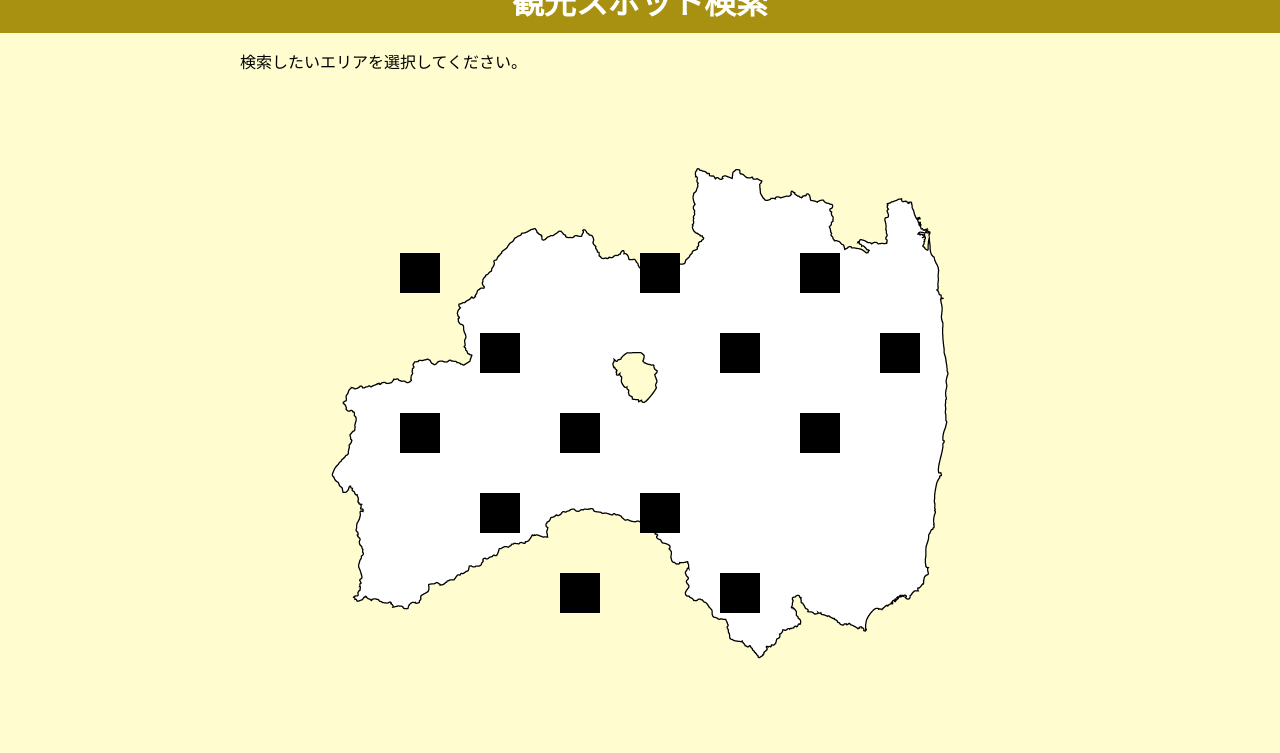
Repository: ryoutana/tanaryou.github.io
Page: Downloads/project/index.html
The author's editor kept a copy of each file at every save. The page is drawn from the files as they stood at one save, then again after the next save.
The browser window is 1280 px wide. The pictures show the whole page.

Above is the page before, as saved 2025-04-29 15:03:18.

### Downloads/project/index.html
<!DOCTYPE html>
<html lang="ja">
<head>
    <meta charset="UTF-8">
    <meta name="viewport" content="width=device-width, initial-scale=1.0">
    <title>観光スポット検索</title>
    <link rel="stylesheet" href="styles.css">
</head>
<body>
    <header>
        <h1 id="pageTitle">観光スポット検索</h1>
    </header>
    <main>
        <section id="intro">
            <p id="introText">検索したいエリアを選択してください。</p>
            <div id="mapContainer">
                <img id="introImage" src="福島県白地図.png" alt="福島県の地図">
                <svg id="spotContainer" xmlns="http://www.w3.org/2000/svg" viewBox="0 0 800 600">
                    <!-- 会津坂下町 -->
                    <path id="aizubange" d="M100,100 L150,100 L150,150 L100,150 Z" />
                    <!-- 会津若松市 -->
                    <path id="aizuwakamatsu" d="M200,200 L250,200 L250,250 L200,250 Z" />
                    <!-- 会津美里町 -->
                    <path id="aizumisato" d="M300,300 L350,300 L350,350 L300,350 Z" />
                    <!-- 喜多方市 -->
                    <path id="kitakata" d="M400,400 L450,400 L450,450 L400,450 Z" />
                    <!-- 金山町 -->
                    <path id="kaneyama" d="M500,500 L550,500 L550,550 L500,550 Z" />
                    <!-- 三島町 -->
                    <path id="mishima" d="M600,100 L650,100 L650,150 L600,150 Z" />
                    <!-- 昭和村 -->
                    <path id="showa" d="M700,200 L750,200 L750,250 L700,250 Z" />
                    <!-- 西会津町 -->
                    <path id="nishiaizu" d="M100,300 L150,300 L150,350 L100,350 Z" />
                    <!-- 猪苗代町 -->
                    <path id="inawashiro" d="M200,400 L250,400 L250,450 L200,450 Z" />
                    <!-- 湯川村 -->
                    <path id="yugawa" d="M300,500 L350,500 L350,550 L300,550 Z" />
                    <!-- 磐梯町 -->
                    <path id="bandai" d="M400,100 L450,100 L450,150 L400,150 Z" />
                    <!-- 北塩原村 -->
                    <path id="kitashiobara" d="M500,200 L550,200 L550,250 L500,250 Z" />
                    <!-- 柳津町 -->
                    <path id="yanaizu" d="M600,300 L650,300 L650,350 L600,350 Z" />
                </svg>
            </div>
        </section>
    </main>
    <script src="script.js"></script>
</body>
</html>

### Downloads/project/styles.css
/* styles.css */

/* 全体のリセット */
body, html {
    margin: 0;
    padding: 0;
    width: 100%;
    height: 100%;
    box-sizing: border-box;
    background-color: #fffdd0; /* 背景色をクリーム色に設定 */
    display: flex;
    flex-direction: column;
    align-items: center;
    justify-content: center;
    font-family: Arial, sans-serif;
}

/* ヘッダーのスタイル */
header {
    text-align: center;
    background-color: #a89110;
    padding: 10px 0;
    width: 100%;
}

#pageTitle {
    font-size: 2em;
    margin: 0;
    color: #fff;
}

/* 地図全体のコンテナ */
#mapContainer {
    position: relative;
    width: 80%; /* 地図の幅を画面幅に応じて調整 */
    max-width: 800px;
    margin: 20px auto;
    overflow: hidden;
    text-align: center;
}

#introImage {
    width: 100%; /* 地図画像を親要素にフィットさせる */
    height: auto;
    display: block;
    margin: 0 auto;
    z-index: 1;
}

/* スポット画像のコンテナ */
#spotContainer {
    position: absolute;
    top: 0;
    left: 0;
    width: 100%;
    height: 100%;
    z-index: 2;
}

/* スポット画像のスタイル */
.spot-image {
    position: absolute;
    transform: translate(-50%, -50%); /* 中心基準で配置 */
    cursor: pointer;
    transition: filter 0.3s ease;
    filter: brightness(0.8) saturate(0); /* デフォルトで薄い灰色 */
}

.spot-image:hover {
    filter: brightness(1.2) hue-rotate(90deg); /* カーソルが乗ると黄緑 */
}

.spot-image.active {
    filter: brightness(1) hue-rotate(120deg) saturate(2); /* クリックでしっかり緑 */
}

### Downloads/project/script.js
// script.js

// スポットデータ（IDと名前の対応）
const spots = [
    { id: 'aizubange', name: '会津坂下町' },
    { id: 'aizuwakamatsu', name: '会津若松市' },
    { id: 'aizumisato', name: '会津美里町' },
    { id: 'kitakata', name: '喜多方市' },
    { id: 'kaneyama', name: '金山町' },
    { id: 'mishima', name: '三島町' },
    { id: 'showa', name: '昭和村' },
    { id: 'nishiaizu', name: '西会津町' },
    { id: 'inawashiro', name: '猪苗代町' },
    { id: 'yugawa', name: '湯川村' },
    { id: 'bandai', name: '磐梯町' },
    { id: 'kitashiobara', name: '北塩原村' },
    { id: 'yanaizu', name: '柳津町' }
];

// スポットを動的に生成
function generateSpots() {
    spots.forEach(spot => {
        const path = document.getElementById(spot.id);

        if (!path) {
            console.error(`Error: ID "${spot.id}" に対応する要素が見つかりません。`);
            return;
        }

        // カーソルが乗ったときの色変更
        path.addEventListener('mouseover', () => {
            if (!path.classList.contains('active')) {
                path.setAttribute('fill', 'rgba(144, 238, 144, 0.5)'); // 黄緑
            }
        });

        // カーソルが外れたときの色変更
        path.addEventListener('mouseout', () => {
            if (!path.classList.contains('active')) {
                path.setAttribute('fill', 'rgba(200, 200, 200, 0.5)'); // 元の薄い灰色に戻す
            }
        });

        // クリックイベント
        path.addEventListener('click', () => {
            if (path.classList.contains('active')) {
                path.classList.remove('active');
                path.setAttribute('fill', 'rgba(200, 200, 200, 0.5)'); // 元の薄い灰色に戻す
            } else {
                path.classList.add('active');
                path.setAttribute('fill', 'green'); // 緑
            }
        });
    });
}

// 初期化処理
function init() {
    generateSpots();
    console.log('スポット画像の生成が完了しました。');
}

// ページ読み込み時に初期化
window.onload = init;

After the next save:
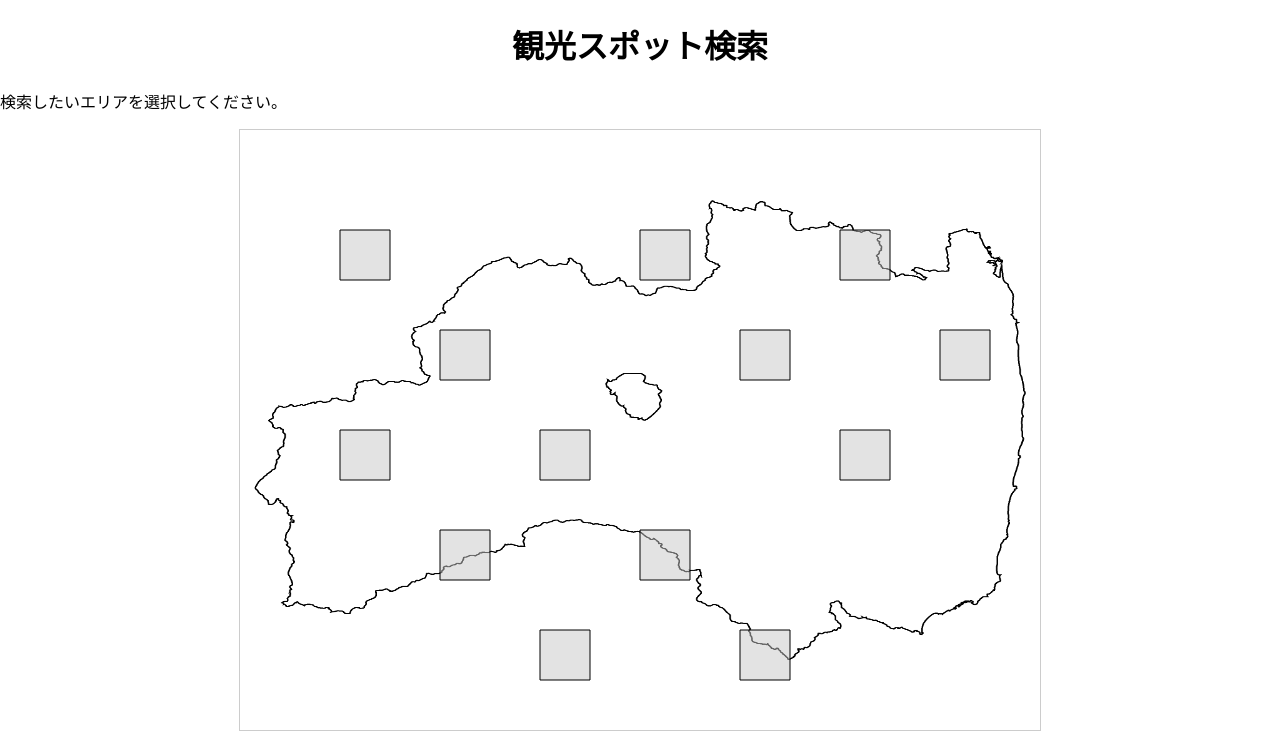
Saved 6 s later.
--- a/Downloads/project/styles.css
+++ b/Downloads/project/styles.css
@@ -1,53 +1,30 @@
 /* styles.css */
-
-/* 全体のリセット */
-body, html {
+body {
+    font-family: Arial, sans-serif;
     margin: 0;
     padding: 0;
-    width: 100%;
-    height: 100%;
-    box-sizing: border-box;
-    background-color: #fffdd0; /* 背景色をクリーム色に設定 */
-    display: flex;
-    flex-direction: column;
-    align-items: center;
-    justify-content: center;
-    font-family: Arial, sans-serif;
 }
 
-/* ヘッダーのスタイル */
 header {
     text-align: center;
-    background-color: #a89110;
-    padding: 10px 0;
-    width: 100%;
+    margin: 20px 0;
 }
 
-#pageTitle {
-    font-size: 2em;
-    margin: 0;
-    color: #fff;
-}
-
-/* 地図全体のコンテナ */
 #mapContainer {
     position: relative;
-    width: 80%; /* 地図の幅を画面幅に応じて調整 */
-    max-width: 800px;
-    margin: 20px auto;
-    overflow: hidden;
-    text-align: center;
+    width: 800px;
+    height: 600px;
+    margin: 0 auto;
+    border: 1px solid #ccc;
 }
 
 #introImage {
-    width: 100%; /* 地図画像を親要素にフィットさせる */
-    height: auto;
-    display: block;
-    margin: 0 auto;
+    position: absolute;
+    width: 100%;
+    height: 100%;
     z-index: 1;
 }
 
-/* スポット画像のコンテナ */
 #spotContainer {
     position: absolute;
     top: 0;
@@ -57,19 +34,14 @@
     z-index: 2;
 }
 
-/* スポット画像のスタイル */
-.spot-image {
-    position: absolute;
-    transform: translate(-50%, -50%); /* 中心基準で配置 */
+path {
+    fill: rgba(200, 200, 200, 0.5); /* デフォルトの薄い灰色 */
+    stroke: black;
+    stroke-width: 1;
     cursor: pointer;
-    transition: filter 0.3s ease;
-    filter: brightness(0.8) saturate(0); /* デフォルトで薄い灰色 */
+    transition: fill 0.3s ease;
 }
 
-.spot-image:hover {
-    filter: brightness(1.2) hue-rotate(90deg); /* カーソルが乗ると黄緑 */
+path:hover {
+    fill: rgba(144, 238, 144, 0.5); /* 黄緑 */
 }
-
-.spot-image.active {
-    filter: brightness(1) hue-rotate(120deg) saturate(2); /* クリックでしっかり緑 */
-}

After the 3 saves that followed:
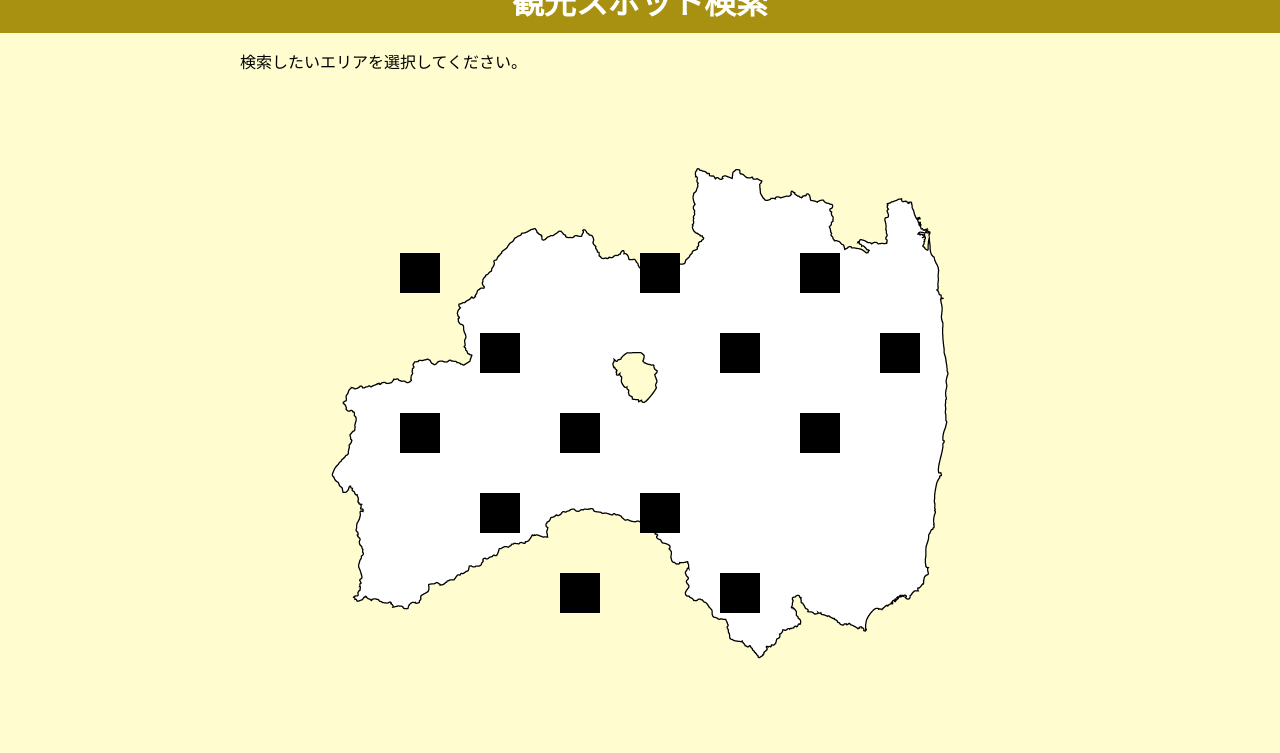
The 3 saves are shown as one change because 2 left the picture as it was.
The last was saved 37 s later.
--- a/Downloads/project/styles.css
+++ b/Downloads/project/styles.css
@@ -1,30 +1,53 @@
 /* styles.css */
-body {
-    font-family: Arial, sans-serif;
+
+/* 全体のリセット */
+body, html {
     margin: 0;
     padding: 0;
+    width: 100%;
+    height: 100%;
+    box-sizing: border-box;
+    background-color: #fffdd0; /* 背景色をクリーム色に設定 */
+    display: flex;
+    flex-direction: column;
+    align-items: center;
+    justify-content: center;
+    font-family: Arial, sans-serif;
 }
 
+/* ヘッダーのスタイル */
 header {
     text-align: center;
-    margin: 20px 0;
+    background-color: #a89110;
+    padding: 10px 0;
+    width: 100%;
 }
 
+#pageTitle {
+    font-size: 2em;
+    margin: 0;
+    color: #fff;
+}
+
+/* 地図全体のコンテナ */
 #mapContainer {
     position: relative;
-    width: 800px;
-    height: 600px;
-    margin: 0 auto;
-    border: 1px solid #ccc;
+    width: 80%; /* 地図の幅を画面幅に応じて調整 */
+    max-width: 800px;
+    margin: 20px auto;
+    overflow: hidden;
+    text-align: center;
 }
 
 #introImage {
-    position: absolute;
-    width: 100%;
-    height: 100%;
+    width: 100%; /* 地図画像を親要素にフィットさせる */
+    height: auto;
+    display: block;
+    margin: 0 auto;
     z-index: 1;
 }
 
+/* スポット画像のコンテナ */
 #spotContainer {
     position: absolute;
     top: 0;
@@ -34,14 +57,19 @@
     z-index: 2;
 }
 
-path {
-    fill: rgba(200, 200, 200, 0.5); /* デフォルトの薄い灰色 */
-    stroke: black;
-    stroke-width: 1;
+/* スポット画像のスタイル */
+.spot-image {
+    position: absolute;
+    transform: translate(-50%, -50%); /* 中心基準で配置 */
     cursor: pointer;
-    transition: fill 0.3s ease;
+    transition: filter 0.3s ease;
+    filter: brightness(0.8) saturate(0); /* デフォルトで薄い灰色 */
 }
 
-path:hover {
-    fill: rgba(144, 238, 144, 0.5); /* 黄緑 */
+.spot-image:hover {
+    filter: brightness(1.2) hue-rotate(90deg); /* カーソルが乗ると黄緑 */
 }
+
+.spot-image.active {
+    filter: brightness(1) hue-rotate(120deg) saturate(2); /* クリックでしっかり緑 */
+}
